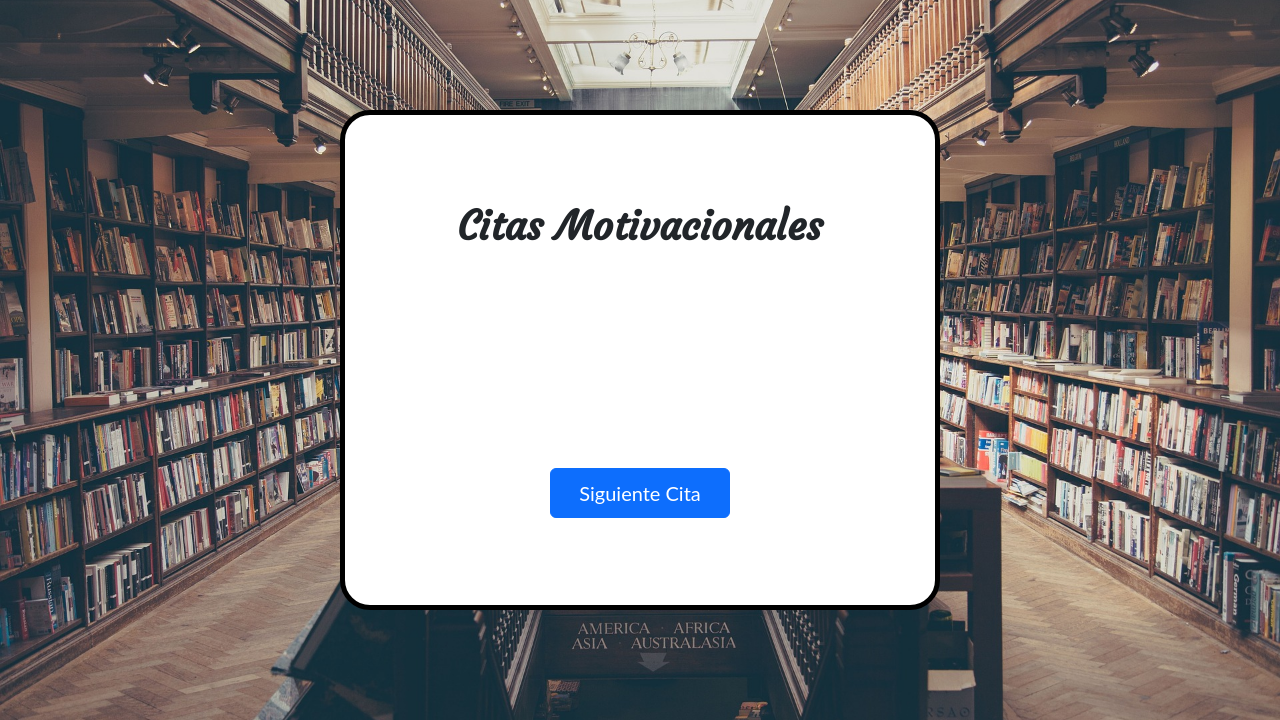
Repository: JoyMoGas/javascript-learn
Page: citas-aleatorias/index.html
An editor plug-in stored every save of this project. The page is shown before and after the next save, followed by the edit.
The browser window is 1280 px wide. The pictures show the whole page.

Above is the page before, as saved 2024-05-12 17:54:14.
Console error: TypeError: Cannot read properties of undefined (reading 'texto')

After the next save:
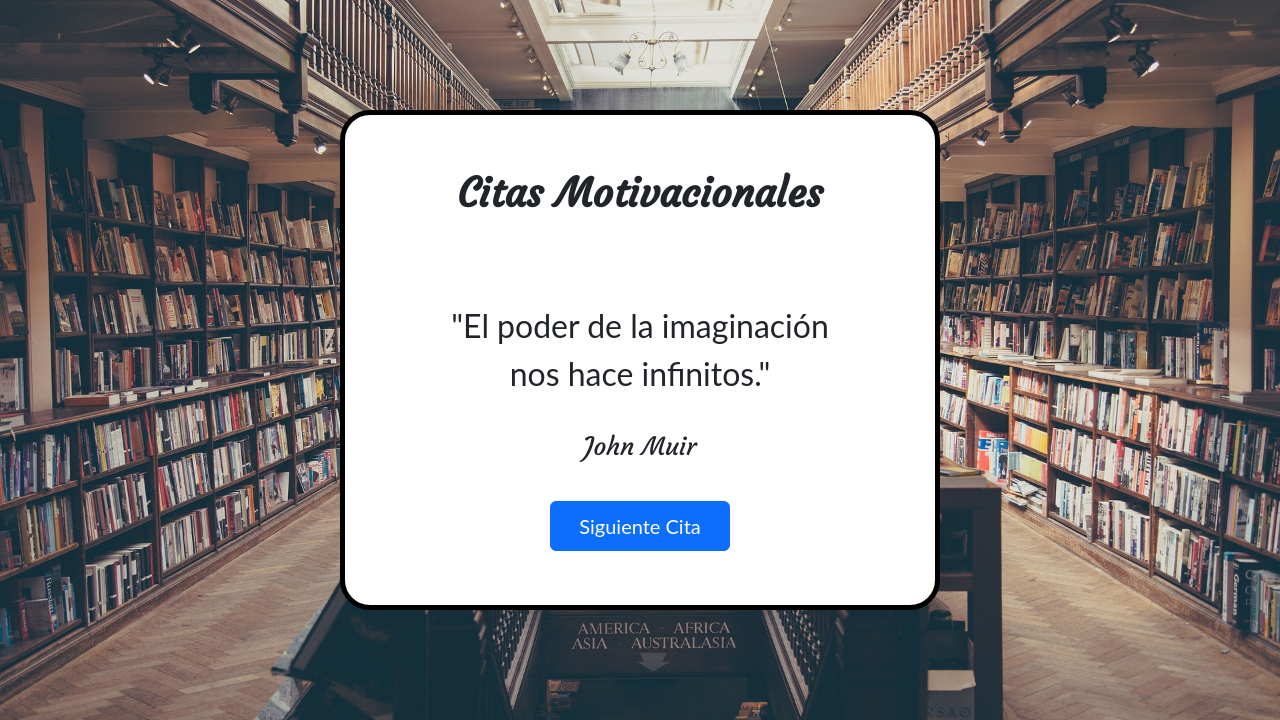
The error is gone.
Saved 40 s later.
--- a/citas-aleatorias/app.js
+++ b/citas-aleatorias/app.js
@@ -4,7 +4,7 @@ let autorElem = document.getElementById('autor');
 
 function generarEnteroAleatorio(min, max) {
   // Sin incluir max en los valores posibles
-  return Math.floor(Math.floor() * (max - min) + min);
+  return Math.floor(Math.random() * (max - min) + min);
 }
 
 function cambiarCita(){
